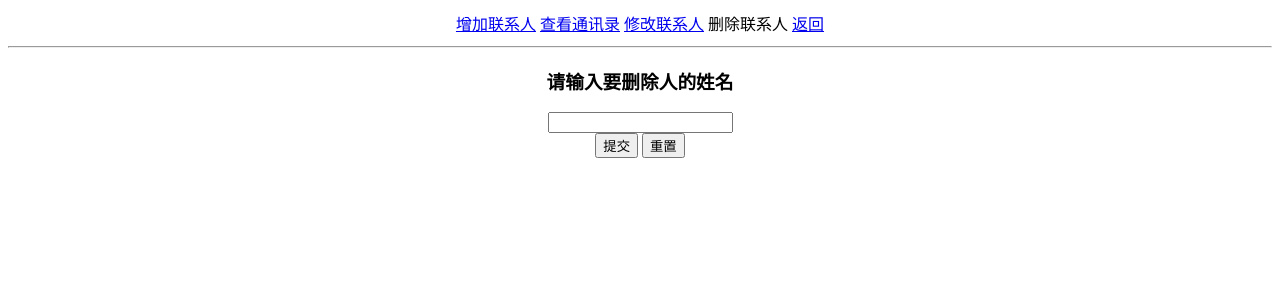
Repository: zy840055899/old-workspace
Page: http://localhost/PIMS/friendManager/deleteFriend.jsp
These files come from the project's save history. The page is drawn as it stood at one moment and after the next save; the edit follows.
The browser window is 1280 px wide. The pictures show the whole page.
The page is served by Tomcat 9.

Above is the page before, as saved 2014-03-16 10:24:48.

After the next save:
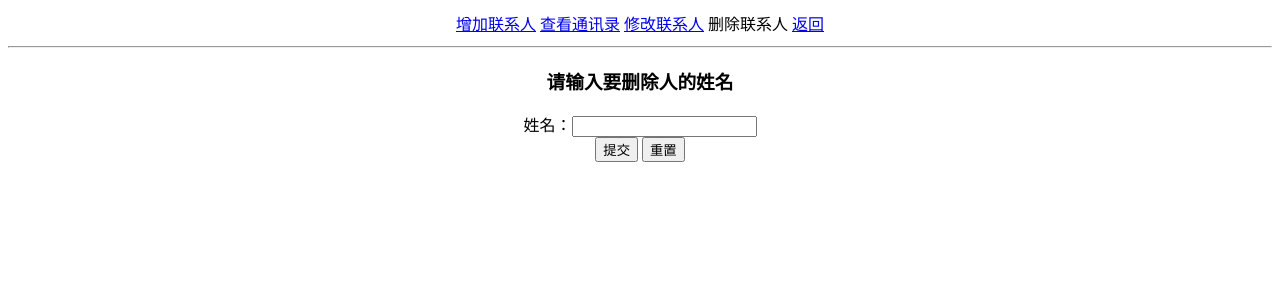
Saved 16 s later.
--- a/PIMS/WebContent/friendManager/deleteFriend.jsp
+++ b/PIMS/WebContent/friendManager/deleteFriend.jsp
@@ -26,7 +26,7 @@
 
 <h3>请输入要删除人的姓名</h3>
 
-<input type="text" name="name"><br>
+姓名：<input type="text" name="name"><br>
 <input type="submit" value="提交">
 <input type="reset" value="重置">
 
